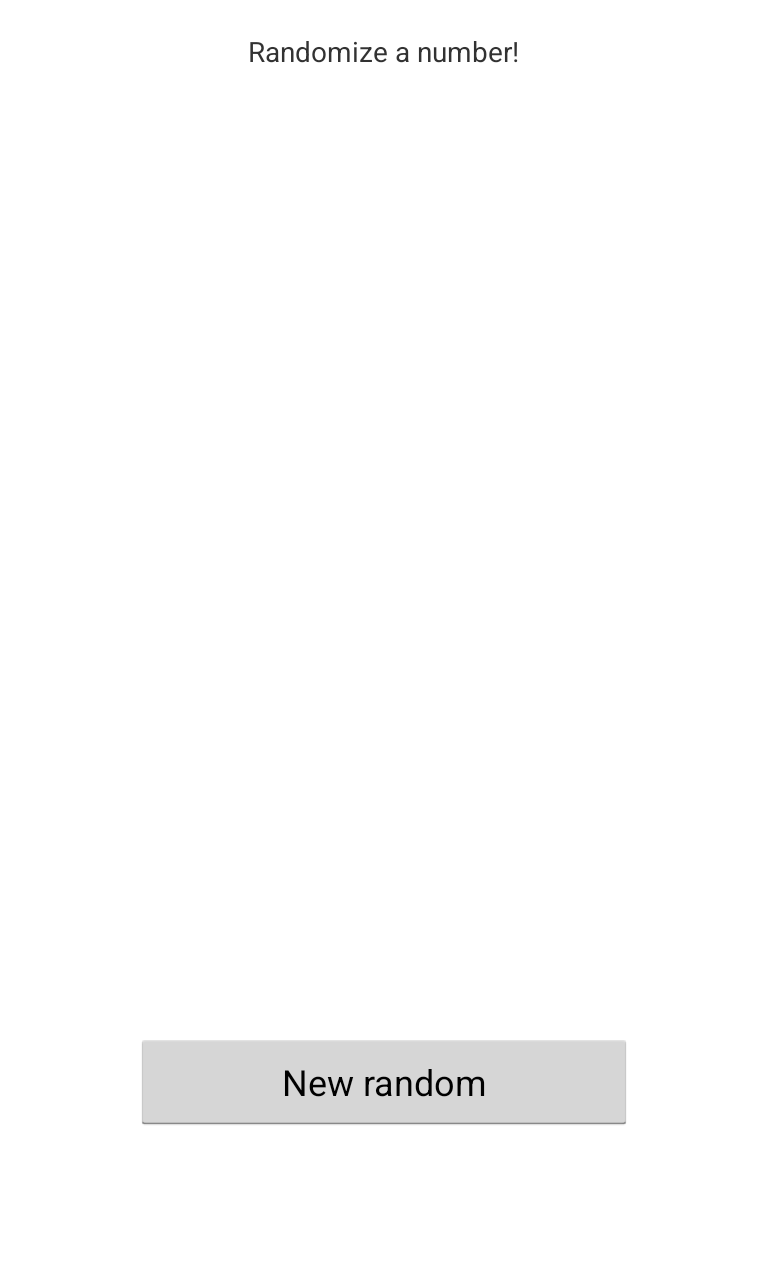
Repository: me222rs/AndroidLab1
Layout: Lab1/res/layout/activity_main.xml
These files come from the project's save history. The layout is drawn as it stood at one moment and after the next save; the edit follows.
It is drawn on a 768 x 1280 px phone screen (xhdpi) without system bars, with theme AppTheme; the app's code is not run.

Above is the layout before, as saved 2014-11-13 15:18:28.

### Lab1/res/layout/activity_main.xml
<RelativeLayout xmlns:android="http://schemas.android.com/apk/res/android"
    xmlns:tools="http://schemas.android.com/tools"
    android:layout_width="match_parent"
    android:layout_height="match_parent"
    android:paddingBottom="@dimen/activity_vertical_margin"
    android:paddingLeft="@dimen/activity_horizontal_margin"
    android:paddingRight="@dimen/activity_horizontal_margin"
    android:paddingTop="@dimen/activity_vertical_margin"
    tools:context="com.example.lab1.MainActivity" >

    <TextView


        android:layout_width="wrap_content"
        android:layout_height="wrap_content"
        android:text="Randomize a number!"
        android:layout_centerHorizontal="true"
        />

    <Button
        android:layout_centerHorizontal="true"
        android:layout_marginTop="500dp"
    	android:layout_height="50dp"
     	android:layout_width="250dp"
    	android:text="New random"
    />


</RelativeLayout>

Loaded but not shown: Lab1/res/values/styles.xml (common file); Lab1/res/values-v11/styles.xml (common file); Lab1/res/values-v14/styles.xml (common file); Lab1/res/values/dimens.xml (common file); Lab1/res/values-w820dp/dimens.xml (common file)

After the next save:
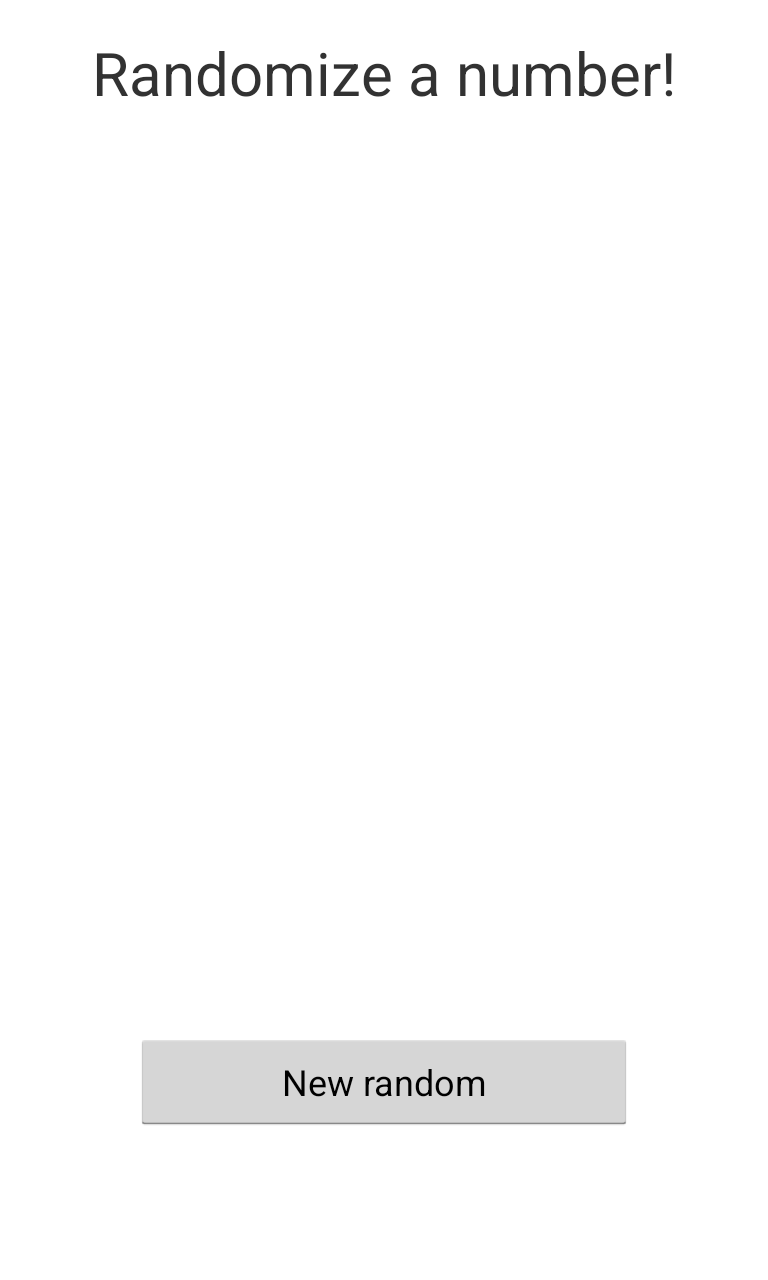
Saved 67 s later.
--- a/Lab1/res/layout/activity_main.xml
+++ b/Lab1/res/layout/activity_main.xml
@@ -14,6 +14,7 @@
         android:layout_width="wrap_content"
         android:layout_height="wrap_content"
         android:text="Randomize a number!"
+        android:textSize="30"
         android:layout_centerHorizontal="true"
         />
 
